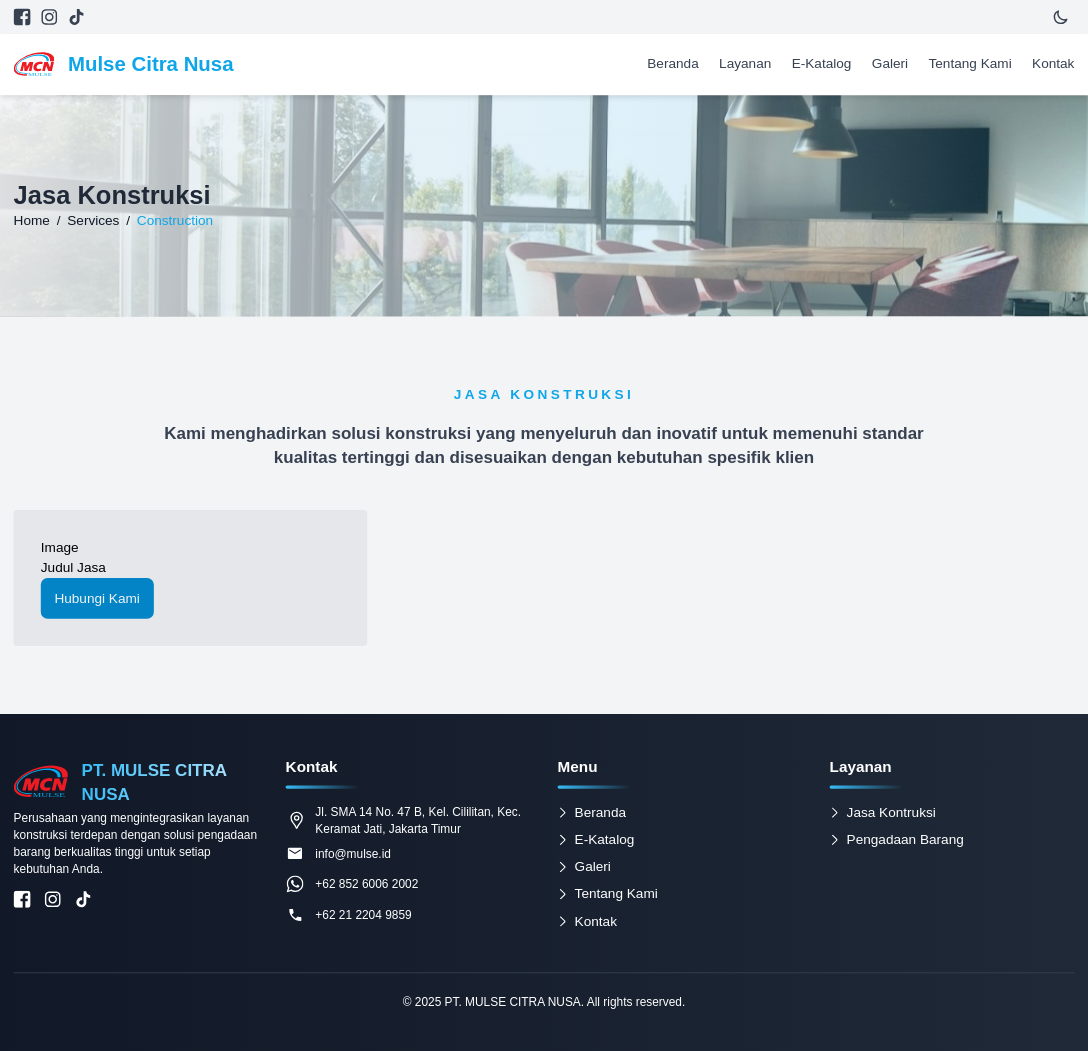
Repository: PrasBaldin/next-mulse
Page: /services/construction
These files come from the project's save history. The page is drawn as it stood at one moment and after the next save; the edit follows.
The browser window is 1280 px wide. The pictures show the whole page, at 85% of full size.
The project was rebuilt for these pictures with package versions that can differ from the ones it lists, and the page was loaded fresh each time. The framework's server and built-in components were replaced by stand-ins that run in the browser. Also part of the build but not shown: next.config.ts.

Above is the page before, as saved 2025-02-26 13:33:49.

### app/layout.tsx
import type { Metadata } from "next";
import { Geist, Geist_Mono } from "next/font/google";
import "./globals.css";
import Navbar from "@/components/navbar";
import Footer from "@/components/footer";

const geistSans = Geist({
  variable: "--font-geist-sans",
  subsets: ["latin"],
});

const geistMono = Geist_Mono({
  variable: "--font-geist-mono",
  subsets: ["latin"],
});

export const metadata: Metadata = {
  title: "Mulse",
  description: "Selamat datang di PT. Mulse Citra Nusa, kami menyediakan barang dan jasa sesuai kebutuhan Anda.",
};

export default function RootLayout({
  children,
}: Readonly<{
  children: React.ReactNode;
}>) {
  return (
    <html lang="en">
      <body className={`${geistSans.variable} ${geistMono.variable} antialiased`} >
        <Navbar />
        {children}
        <Footer />
      </body>
    </html>
  );
}

### app/services/construction/page.tsx
import Link from "next/link";

const ConstructionPage = () => {
  return (
    <>
      <section className="mt-[72px] lg:mt-[112px]">
        <div className="banner">
          <div className="banner-mask"></div>
          <div className="container z-[1] relative">
            <div className="banner-content">
              <h4 className="text-3xl font-bold text-gray-800 dark:text-gray-100 transition duration-500 ease-in-out">
                Jasa Konstruksi
              </h4>
              <ul className="breadcrumbs">
                <li>
                  <Link
                    href="/"
                    className="text-gray-900 dark:text-gray-100 transition duration-500 ease-in-out"
                  >
                    Home
                  </Link>
                </li>
                <li className="text-gray-900 dark:text-gray-100 transition duration-500 ease-in-out">
                  /
                </li>
                <li>
                  <Link
                    href="/"
                    className="text-gray-900 dark:text-gray-100 transition duration-500 ease-in-out"
                  >
                    Services
                  </Link>
                </li>
                <li className="text-gray-900 dark:text-gray-100 transition duration-500 ease-in-out">
                  /
                </li>
                <li>
                  <Link href="/gallery" className="text-sky-500">
                    Construction
                  </Link>
                </li>
              </ul>
            </div>
          </div>
        </div>
      </section>
      <section className="py-20">
        <div className="container">
          <div className="mb-10 text-center">
            <h4 className="mb-3 text-sky-500 font-semibold tracking-[.25em] uppercase">
              Jasa Konstruksi
            </h4>
            <h3 className="py-2 my-2 mx-auto w-full md:w-3/4 text-gray-700 dark:text-gray-100 transition duration-500 ease-in-out text-xl font-semibold">
              Kami menghadirkan solusi konstruksi yang menyeluruh dan inovatif
              untuk memenuhi standar kualitas tertinggi dan disesuaikan dengan
              kebutuhan spesifik klien
            </h3>
          </div>
          <div className="service-content grid grid-cols-2 md:grid-cols-3">
            <div className="card bg-gray-200 rounded p-8">
              <div className="card-img">
                <span>Image</span>
              </div>
              <div className="card-title">
                <h4>Judul Jasa</h4>
              </div>
              <button className="btn btn-primary">Hubungi Kami</button>
            </div>
          </div>
        </div>
      </section>
    </>
  );
};

export default ConstructionPage;

### app/globals.css
@tailwind base;
@tailwind components;
@tailwind utilities;

:root {
  --background: #ffffff;
  --foreground: #171717;
}

@media (prefers-color-scheme: dark) {
  :root {
    --background: #0a0a0a;
    --foreground: #ededed;
  }
}

body {
  font-family: Arial, Helvetica, sans-serif;
  @apply bg-gray-100 dark:bg-gray-700;
}

.container {
  @apply mx-auto px-4;
}

.btn {
  @apply px-4 py-3 rounded-lg transition duration-500 ease-in-out;
}

.btn-primary {
  @apply bg-sky-600 hover:bg-sky-700 dark:hover:bg-sky-700 text-gray-100 hover:text-gray-300;
}

.btn-secondary {
  @apply bg-gray-100 hover:bg-gray-300 dark:hover:bg-gray-300 text-gray-800;
}

.btn-primary-border {
  @apply bg-transparent hover:bg-sky-500 dark:hover:bg-sky-500 border-2 border-sky-500 text-sky-500 dark:text-sky-500 hover:text-white dark:hover:text-white;
}

.banner {
  background-image: url("/img/banner-2.jpg");
  background-size: cover;
  @apply py-[100px] relative;
}

.banner-mask {
  @apply absolute inset-0 bg-gradient-to-r from-gray-100/90 to-sky-500/20 dark:from-gray-800/90 dark:to-sky-500/20 transition duration-500 ease-in-out z-[0];
}

.breadcrumbs {
  @apply flex gap-2 font-medium;
}

### components/navbar.css
.utility-bar {
  @apply hidden lg:block absolute top-0 w-full py-1 bg-gray-100 dark:bg-gray-700 transition duration-500 ease-in-out z-10;
}

.utility-content {
  @apply w-auto flex gap-2;
}

.social-media-link {
  @apply mr-3 text-gray-700 dark:text-gray-100 hover:text-sky-500 dark:hover:text-sky-500 transition duration-300;
}

.navbar {
  @apply bg-white dark:bg-gray-800 transition duration-500 ease-in-out shadow-md top-0 lg:top-[40px] fixed lg:absolute w-full z-20;
}

.nav-link {
  @apply text-gray-700 hover:text-sky-500 dark:hover:text-sky-500 dark:text-gray-100 py-5 transition duration-500 ease-in-out border-b-2 border-transparent hover:border-sky-500 flex items-center;
}

.nav-dropdown {
  @apply bg-white dark:bg-gray-800 absolute top-[4rem] -left-2 w-auto pt-2 p-3 border-2 border-sky-300 dark:border-sky-800 border-t-sky-500 dark:border-t-sky-500 shadow-xl rounded-lg overflow-visible transition-all duration-300 transform;
}

.nav-link-dropdown {
  @apply text-gray-700 hover:text-sky-500 dark:hover:text-sky-500 dark:text-gray-100 pt-2 pb-1 transition duration-500 ease-in-out hover:bg-gray-100 dark:hover:bg-gray-700 rounded border-b border-gray-200 hover:border-sky-500 block mt-2 px-2;
}

.nav-link-mobile {
  @apply hover:bg-gray-100 dark:hover:bg-gray-700 text-gray-700 hover:text-sky-500 dark:hover:text-sky-500 dark:text-gray-100 py-2 pl-2 border-b border-gray-200 hover:border-sky-500 rounded transition;
}

.hamburger {
  @apply absolute w-6 h-[3px] bg-gray-800 dark:bg-gray-100 rounded transition duration-500 ease-in-out;
}

.dropdown-arrow {
  @apply border-b-2 border-r-2 border-gray-700 dark:border-gray-100 ml-2 w-3 h-3 transition duration-500 ease-in-out;
}

.nav-link-mobile:hover .dropdown-arrow {
  @apply border-sky-500;
}

### components/toggleDarkMode.tsx
"use client";
import { useState, useEffect } from "react";
import IconDarkMode from "../app/_assets/icon/iconDarkmode";
import IconLightMode from "../app/_assets/icon/iconLightmode";

import "./toggleDarkMode.css";

const ToggleDarkMode = () => {
  const [isDarkMode, setIsDarkMode] = useState(false);
  useEffect(() => {
    const storedTheme = localStorage.getItem("theme");
    setIsDarkMode(storedTheme === "dark");
  }, []);

  useEffect(() => {
    if (isDarkMode) {
      document.documentElement.classList.add("dark");
      localStorage.setItem("theme", "dark");
    } else {
      document.documentElement.classList.remove("dark");
      localStorage.setItem("theme", "light");
    }
  }, [isDarkMode]);

  return (
    <>
      {/* Mobile */}
      <button
        onClick={() => setIsDarkMode(!isDarkMode)}
        className="lg:hidden btn h-11 flex items-center"
        style={{ padding: ".5rem" }}
      >
        <div className="block">
          <div className="absolute flex items-center gap-2">
            <div
              className={`toggle-dark-mode-mobile gap-2 ${
                isDarkMode ? "opacity-100 rotate-0" : "opacity-0 rotate-90"
              }`}
            >
              <IconLightMode />
            </div>
            <span
              className={`text-gray-700 dark:text-gray-300 ${
                isDarkMode ? "opacity-100" : "opacity-0"
              }`}
            >
              Light Mode
            </span>
          </div>
          <div className="flex items-center gap-2">
            <div
              className={`toggle-dark-mode-mobile gap-2 ${
                isDarkMode ? "opacity-0 -rotate-90" : "opacity-100 rotate-0"
              }`}
            >
              <IconDarkMode />
            </div>
            <span
              className={`text-gray-700 dark:text-gray-300 ${
                isDarkMode ? "opacity-0" : "opacity-100"
              }`}
            >
              Night Mode
            </span>
          </div>
        </div>
      </button>

      {/* Desktop */}
      <button
        onClick={() => setIsDarkMode(!isDarkMode)}
        className="btn hidden lg:block btn w-8 h-8 relative overflow-hidden"
      >
        <div
          className={`toggle-dark-mode ${
            isDarkMode ? "opacity-100 rotate-0" : "opacity-0 rotate-90"
          }`}
        >
          <IconLightMode />
        </div>
        <div
          className={`toggle-dark-mode ${
            isDarkMode ? "opacity-0 -rotate-90" : "opacity-100 rotate-0"
          }`}
        >
          <IconDarkMode />
        </div>
      </button>
    </>
  );
};

export default ToggleDarkMode;

### components/footer.css
footer table tr a {
    @apply transition duration-300
}

footer table tr:hover a {
    @apply text-sky-400
}

### app/_assets/icon/iconDarkmode.tsx
import React from "react";

const IconDarkmode = () => {
    return (
        <svg xmlns="http://www.w3.org/2000/svg" className="h-5 w-5 text-gray-700 dark:text-gray-100" fill="none" viewBox="0 0 24 24" stroke="currentColor">
            <path strokeLinecap="round" strokeLinejoin="round" strokeWidth={2} d="M20.354 15.354A9 9 0 018.646 3.646 9.003 9.003 0 0012 21a9.003 9.003 0 008.354-5.646z" />
        </svg>
    )
}

export default IconDarkmode

### app/_assets/icon/iconLightmode.tsx
import React from "react";

const IconLightMode = () => {
    return (
        <svg xmlns="http://www.w3.org/2000/svg" className="h-5 w-5 text-gray-100" fill="none" viewBox="0 0 24 24" stroke="currentColor">
            <path strokeLinecap="round" strokeLinejoin="round" strokeWidth="2" d="M12 3v1m0 16v1m9-9h-1M4 12H3m15.364 6.364l-.707-.707M6.343 6.343l-.707-.707m12.728 0l-.707.707M6.343 17.657l-.707.707" />
            <circle cx="12" cy="12" r="3" stroke="currentColor" strokeWidth="2" fill="none" />
        </svg>
    )
}

export default IconLightMode

### components/toggleDarkMode.css
.toggle-dark-mode {
    @apply absolute top-0 bottom-0 left-0 right-0 flex items-center justify-center transition-all duration-500 transform
}

.toggle-dark-mode-mobile {
    @apply flex items-center justify-center transition-all duration-500 transform
}

### tailwind.config.ts
import type { Config } from "tailwindcss";

export default {
  darkMode: 'class',
  content: [
    "./pages/**/*.{js,ts,jsx,tsx,mdx}",
    "./components/**/*.{js,ts,jsx,tsx,mdx}",
    "./app/**/*.{js,ts,jsx,tsx,mdx}"
  ],
  theme: {
    extend: {
      width: {
        '11': '2.75rem',
      },
      height: {
        '11': '2.75rem',
      },
      colors: {
        background: "var(--background)",
        foreground: "var(--foreground)",
      },
    },
  },
  plugins: [],
} satisfies Config;

Loaded but not shown: components/footer.tsx (503 lines, source omitted); components/navbar.tsx (283 lines, source omitted)

After the next save:
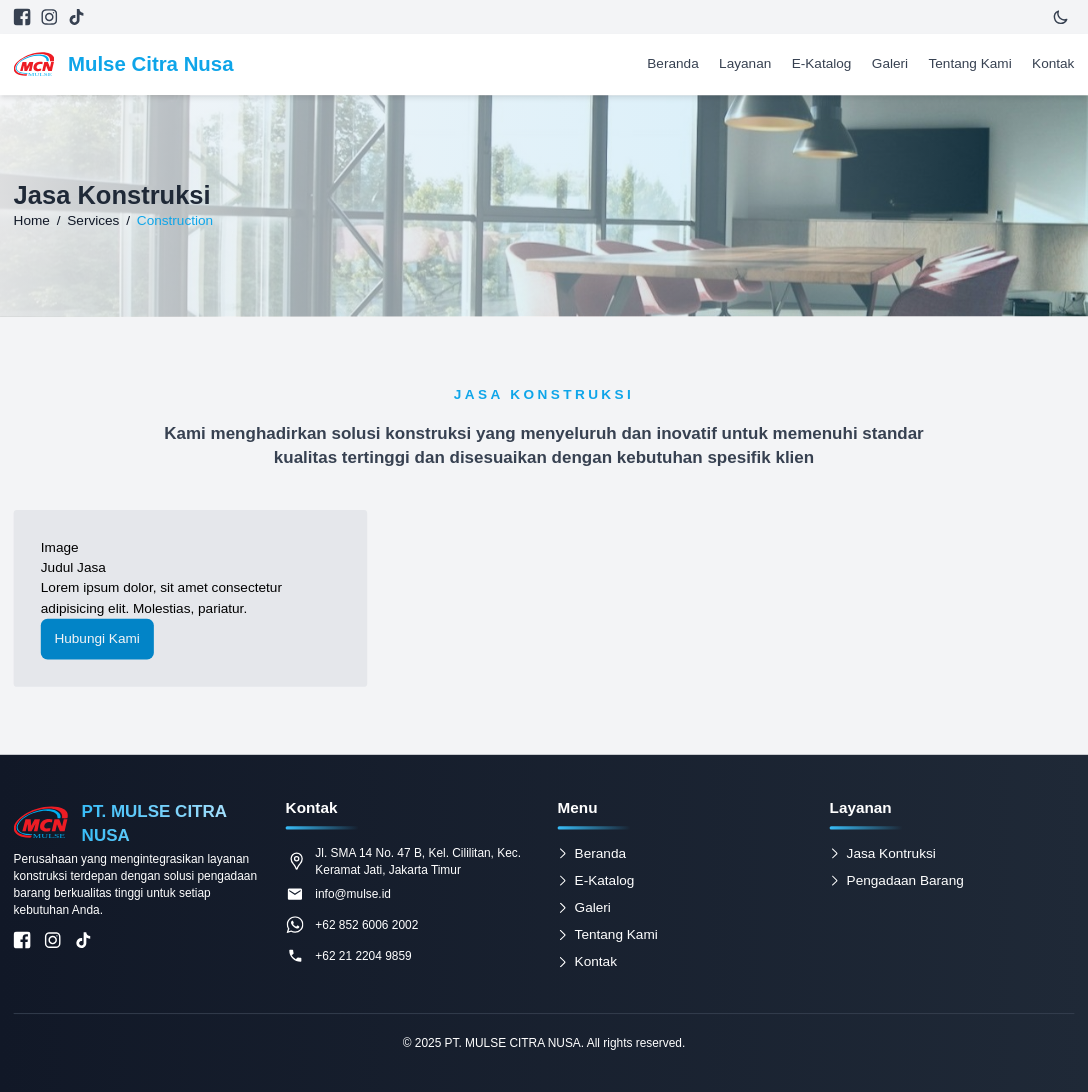
Saved 32 s later.
--- a/app/services/construction/page.tsx
+++ b/app/services/construction/page.tsx
@@ -64,6 +64,12 @@
               <div className="card-title">
                 <h4>Judul Jasa</h4>
               </div>
+              <div className="card-desc">
+                <p>
+                  Lorem ipsum dolor, sit amet consectetur adipisicing elit.
+                  Molestias, pariatur.
+                </p>
+              </div>
               <button className="btn btn-primary">Hubungi Kami</button>
             </div>
           </div>
